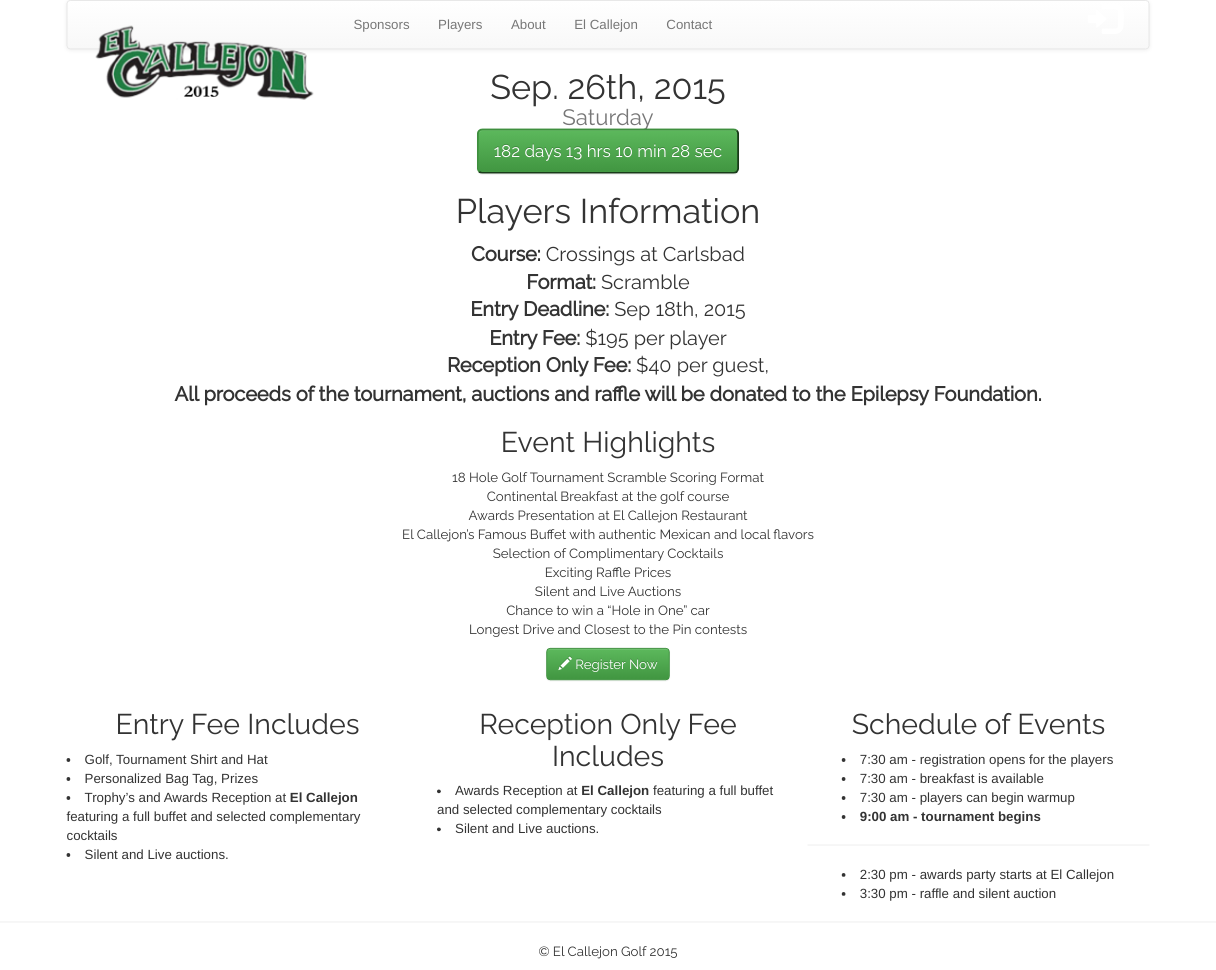
Repository: rojour/callejongolf
Page: register/templates/home/player.html
The author's editor kept a record of every edit. The page is drawn from the files as they stood at one moment, then again after the next edit.
The browser window is 1280 px wide. The pictures show the whole page, at 95% of full size.
Some web libraries are served in a nearby version. The template is drawn by Django 2.2. The application's start-up code is not run. Other server files are loaded and not shown. The template is opened directly, without the code that normally fills it, so the values that code supplies are empty.

Above is the page before.

### register/templates/home/player.html
{% extends 'home/home_base.html' %}
{% block content %}

  <div class="text-center">
    <h1>Players Information</h1>
    <p class="lead"><strong>Course:</strong> Crossings at Carlsbad<br><strong>Format:</strong> Scramble<br><strong>Entry Deadline:</strong> Sep 18th, 2015<br><strong>Entry Fee:</strong> $195 per player<br><strong>Reception Only Fee:</strong> $40 per guest,<br><strong>All proceeds of the tournament, auctions and raffle will be donated to the Epilepsy Foundation.</strong></p>
    <h2>Event Highlights</h2>
    <p>18 Hole Golf  Tournament Scramble Scoring Format<br>Continental Breakfast at the golf course<br>Awards Presentation at El Callejon Restaurant<br>El Callejon’s Famous Buffet with authentic Mexican and local flavors<br>Selection of Complimentary Cocktails<br>Exciting Raffle Prices<br>Silent and Live Auctions<br>Chance to win a “Hole in One” car<br>Longest Drive and Closest to the Pin contests</p>

    <p><a href="{% url 'register.views.player_new' %}" class="btn btn-large btn-success"><span class="glyphicon glyphicon-pencil"></span> Register Now</a></p>
  </div>
  <div class="container marketing">
    <div class="row">
      <div class="col-md-4">
        <h2 class=" text-center">Entry Fee Includes</h2>
          <li>Golf, Tournament Shirt and Hat</li>
          <li>Personalized Bag Tag, Prizes</li>
          <li>Trophy’s  and  Awards Reception at <strong>El Callejon</strong> featuring a full buffet and selected complementary cocktails</li>
          <li>Silent and Live auctions.</li>
      </div>
      <div class="col-md-4">
        <h2 class=" text-center">Reception Only Fee Includes</h2>
          <li>Awards Reception at <strong>El Callejon</strong> featuring a full buffet and selected complementary cocktails</li>
          <li>Silent and Live auctions.</li>
      </div>
      <div class="col-md-4">
        <h2 class=" text-center">Schedule of Events</h2>
			  <li style=margin-left:10% >7:30 am - registration opens for the players</li>
			  <li style=margin-left:10% >7:30 am - breakfast is available</li>
			  <li style=margin-left:10% >7:30 am - players can begin warmup</li>
			  <li style=margin-left:10% ><strong>9:00 am - tournament begins</strong></li>
			  <hr>
			  <li style=margin-left:10% >2:30 pm - awards party starts at El Callejon</li>
			  <li style=margin-left:10% >3:30 pm - raffle and silent auction</li>
      </div>
    </div>
  </div> <!-- /container -->

{% endblock %}

### register/templates/home/home_base.html
{% load staticfiles %}

<html lang="en">
  <head>
   <meta http-equiv="X-UA-Compatible" content="IE=edge,chrome=1">
   <meta charset="utf-8">
   <meta name="viewport" content="width=device-width, initial-scale=1.0">
   <meta name="description" content="">
   <meta name="author" content="">

   <title>El Callejon Golf Registration/Information Page.</title>

   <!-- Bootstrap core CSS -->
   <link rel="stylesheet" href="https://maxcdn.bootstrapcdn.com/bootstrap/3.3.4/css/bootstrap.min.css">
   <link rel="stylesheet" href="https://maxcdn.bootstrapcdn.com/bootstrap/3.3.4/css/bootstrap-theme.min.css">

   <link rel="stylesheet" href="{% static 'css/register.css' %}">
   <link href="//fonts.googleapis.com/css?family=Raleway&subset=latin,latin-ext" rel="stylesheet" type="text/css">
   <link rel="stylesheet" href="../../static/css/themes/default/default.css" type="text/css" media="screen" />
   <link rel="stylesheet" href="../../static/css/themes/light/light.css" type="text/css" media="screen" />
   <link rel="stylesheet" href="../../static/css/themes/dark/dark.css" type="text/css" media="screen" />
   <link rel="stylesheet" href="../../static/css/themes/bar/bar.css" type="text/css" media="screen" />
   <link rel="stylesheet" href="../../static/css/nivo-slider.css" type="text/css" media="screen" />


   <!-- Custom styles for this template -->

 </head>

 <body>

   {% include 'home/navbar.html' %}

   <h1 class="text-center">Sep. 26th, 2015<br><small class="text-muted">Saturday</small><br><button type="button" class="btn-lg btn-success"><span id="countdown"></span></button></h1>

   {% block content %}
   {% endblock %}

   <hr>
   <!-- Site footer -->
   <div class="footer">
      <p class="text-center">&copy; El Callejon Golf 2015</p>
   </div>

   </body>

    <!-- Bootstrap core JavaScript
    ================================================== -->
    <!-- Placed at the end of the document so the pages load faster -->
	<script src="http://code.jquery.com/jquery-1.11.0.min.js" ></script>
   <script src="https://maxcdn.bootstrapcdn.com/bootstrap/3.3.4/js/bootstrap.min.js"></script>

   <script src="../../static/js/countdown.js"></script>
	<script src="../../static/js/waypoints.js" ></script>
	<script src="../../static/js/waypoints-sticky.js" ></script>

	<script type="text/javascript" >
		$(document).ready(function() {
			$('.my-sticky-element').waypoint('sticky');
			});
	</script>

	 <script type="text/javascript" src="../../static/js/jquery.nivo.slider.js"></script>
    <script type="text/javascript">
    $(window).load(function() {
        $('#slider').nivoSlider();
    });
    </script>


</html>

### register/templates/home/navbar.html
{% load staticfiles %}


<!-- NAVBAR
================================================== -->
   <div class="navbar-wrapper">
      <div class="container">
         <div class="my-sticky-element navbar navbar-default">
            <div class="container">
               <div class="navbar-header">
                  <button type="button" class="navbar-toggle" data-toggle="collapse" data-target=".navbar-collapse">
                  <span class="icon-bar"></span>
                  <span class="icon-bar"></span>
                  <span class="icon-bar"></span>
                  </button>
                  <a class="navbar-brand" href="{% url 'home.views.index' %}"><img class="img-responsive" src="../../static/img/logos/Golf Logo 2015.png"></a>
               </div>
               <div class="navbar-collapse collapse">
                  <ul class="nav navbar-nav">
                     <li><a href="{% url 'home.views.sponsors' %}">Sponsors</a></li>
                     <li><a href="{% url 'home.views.players' %}">Players</a></li>
                     <li><a href="#">About</a></li>
                     <li><a href="http://www.el-callejon.com">El Callejon</a></li>
                     <li><a href="{% url 'home.views.contactus' %}">Contact</a></li>
			         </ul>
			         <ul style=margin-right:1% class="nav navbar-nav navbar-right">

			   {% if user.is_authenticated %}
            <a href="{% url 'home.views.management' %}" class="top-menu"><span class="glyphicon glyphicon-edit"></span></a>
            <li class="text-center"><small>Hello {{ user.username }}<br>(<a href="{% url 'django.contrib.auth.views.logout' %}">Log out</a>)</small></li>
            {% else %}
            <a href="{% url 'django.contrib.auth.views.login' %}" class="top-menu"><span class="glyphicon glyphicon-log-in"></span></a>
            {% endif %}
                  </ul>
               </div>
            </div>
         </div>
      </div>
   </div>

### static/css/register.css
.page-header {
    background-color: #227C45;
    margin-top: 0;
    padding: 20px 20px 20px 40px;
}

.page-header h1, .page-header h1 a, .page-header h1 a:visited, .page-header h1 a:active {
    color: #ffffff;
    font-size: 36pt;
    text-decoration: none;
}

.page-header p {
    color: #ffffff;
    margin-left: 90px;
}

a {
    color: black;
}

.content {
    margin-left: 80px;
}

h1, h2, h3, h4, p {
    font-family:'Raleway';
}

.date {
    float: right;
    color: #828282;
}

.save {
    float: right;
}

.player-form textarea, .player-form input {
    width: 100%;
}


.top-menu, .top-menu:hover, .top-menu:visited {
    color: #ffffff;
    float: right;
    font-size: 26pt;
    margin-right: 20px;
}

.player {
    margin-bottom: 70px;
}

.player h1 a, .player h1 a:visited {
    color: #000000;
}

### static/css/themes/default/default.css
/*
Skin Name: Nivo Slider Default Theme
Skin URI: http://nivo.dev7studios.com
Description: The default skin for the Nivo Slider.
Version: 1.3
Author: Gilbert Pellegrom
Author URI: http://dev7studios.com
Supports Thumbs: true
*/

.theme-default .nivoSlider {
	position:relative;
	background:#fff url(loading.gif) no-repeat 50% 50%;
    margin-bottom:10px;
    -webkit-box-shadow: 0px 1px 5px 0px #4a4a4a;
    -moz-box-shadow: 0px 1px 5px 0px #4a4a4a;
    box-shadow: 0px 1px 5px 0px #4a4a4a;
}
.theme-default .nivoSlider img {
	position:absolute;
	top:0px;
	left:0px;
	display:none;
}
.theme-default .nivoSlider a {
	border:0;
	display:block;
}

.theme-default .nivo-controlNav {
	text-align: center;
	padding: 20px 0;
}
.theme-default .nivo-controlNav a {
	display:inline-block;
	width:22px;
	height:22px;
	background:url(bullets.png) no-repeat;
	text-indent:-9999px;
	border:0;
	margin: 0 2px;
}
.theme-default .nivo-controlNav a.active {
	background-position:0 -22px;
}

.theme-default .nivo-directionNav a {
	display:block;
	width:30px;
	height:30px;
	background:url(arrows.png) no-repeat;
	text-indent:-9999px;
	border:0;
	opacity: 0;
	-webkit-transition: all 200ms ease-in-out;
    -moz-transition: all 200ms ease-in-out;
    -o-transition: all 200ms ease-in-out;
    transition: all 200ms ease-in-out;
}
.theme-default:hover .nivo-directionNav a { opacity: 1; }
.theme-default a.nivo-nextNav {
	background-position:-30px 0;
	right:15px;
}
.theme-default a.nivo-prevNav {
	left:15px;
}

.theme-default .nivo-caption {
    font-family: Helvetica, Arial, sans-serif;
}
.theme-default .nivo-caption a {
    color:#fff;
    border-bottom:1px dotted #fff;
}
.theme-default .nivo-caption a:hover {
    color:#fff;
}

.theme-default .nivo-controlNav.nivo-thumbs-enabled {
	width: 100%;
}
.theme-default .nivo-controlNav.nivo-thumbs-enabled a {
	width: auto;
	height: auto;
	background: none;
	margin-bottom: 5px;
}
.theme-default .nivo-controlNav.nivo-thumbs-enabled img {
	display: block;
	width: 120px;
	height: auto;
}

### static/css/themes/light/light.css
/*
Skin Name: Nivo Slider Light Theme
Skin URI: http://nivo.dev7studios.com
Description: A light skin for the Nivo Slider.
Version: 1.0
Author: Gilbert Pellegrom
Author URI: http://dev7studios.com
Supports Thumbs: true
*/

.theme-light.slider-wrapper {
    background: #fff;
    padding: 10px;
}
.theme-light .nivoSlider {
	position:relative;
	background:#fff url(loading.gif) no-repeat 50% 50%;
    margin-bottom:10px;
    overflow: visible;
}
.theme-light .nivoSlider img {
	position:absolute;
	top:0px;
	left:0px;
	display:none;
}
.theme-light .nivoSlider a {
	border:0;
	display:block;
}

.theme-light .nivo-controlNav {
	text-align: left;
	padding: 0;
	position: relative;
	z-index: 10;
}
.theme-light .nivo-controlNav a {
	display:inline-block;
	width:10px;
	height:10px;
	background:url(bullets.png) no-repeat;
	text-indent:-9999px;
	border:0;
	margin: 0 2px;
}
.theme-light .nivo-controlNav a.active {
	background-position:0 100%;
}

.theme-light .nivo-directionNav a {
	display:block;
	width:30px;
	height:30px;
	background: url(arrows.png) no-repeat;
	text-indent:-9999px;
	border:0;
	top: auto;
	bottom: -36px;
	z-index: 11;
}
.theme-light .nivo-directionNav a:hover {
    background-color: #eee;
    -webkit-border-radius: 2px;
    -moz-border-radius: 2px;
    border-radius: 2px;
}
.theme-light a.nivo-nextNav {
	background-position:160% 50%;
	right:0px;
}
.theme-light a.nivo-prevNav {
    background-position:-60% 50%;
    left: auto;
	right: 35px;
}

.theme-light .nivo-caption {
    font-family: Helvetica, Arial, sans-serif;
}
.theme-light .nivo-caption a {
    color:#fff;
    border-bottom:1px dotted #fff;
}
.theme-light .nivo-caption a:hover {
    color:#fff;
}

.theme-light .nivo-controlNav.nivo-thumbs-enabled {
	width: 80%;
}
.theme-light .nivo-controlNav.nivo-thumbs-enabled a {
	width: auto;
	height: auto;
	background: none;
	margin-bottom: 5px;
}
.theme-light .nivo-controlNav.nivo-thumbs-enabled img {
	display: block;
	width: 120px;
	height: auto;
}

### static/css/themes/dark/dark.css
/*
Skin Name: Nivo Slider Dark Theme
Skin URI: http://nivo.dev7studios.com
Description: A dark skin for the Nivo Slider.
Version: 1.0
Author: Gilbert Pellegrom
Author URI: http://dev7studios.com
Supports Thumbs: true
*/

.theme-dark.slider-wrapper {
    background: #222;
    padding: 10px;
}
.theme-dark .nivoSlider {
	position:relative;
	background:#fff url(loading.gif) no-repeat 50% 50%;
    margin-bottom:10px;
    overflow: visible;
}
.theme-dark .nivoSlider img {
	position:absolute;
	top:0px;
	left:0px;
	display:none;
}
.theme-dark .nivoSlider a {
	border:0;
	display:block;
}

.theme-dark .nivo-controlNav {
	text-align: left;
	padding: 0;
	position: relative;
	z-index: 10;
}
.theme-dark .nivo-controlNav a {
	display:inline-block;
	width:10px;
	height:10px;
	background:url(bullets.png) no-repeat 0 2px;
	text-indent:-9999px;
	border:0;
	margin: 0 2px;
}
.theme-dark .nivo-controlNav a.active {
	background-position:0 100%;
}

.theme-dark .nivo-directionNav a {
	display:block;
	width:30px;
	height:30px;
	background: url(arrows.png) no-repeat;
	text-indent:-9999px;
	border:0;
	top: auto;
	bottom: -36px;
	z-index: 11;
}
.theme-dark .nivo-directionNav a:hover {
    background-color: #333;
    -webkit-border-radius: 2px;
    -moz-border-radius: 2px;
    border-radius: 2px;
}
.theme-dark a.nivo-nextNav {
	background-position:-16px 50%;
	right:0px;
}
.theme-dark a.nivo-prevNav {
    background-position:11px 50%;
    left: auto;
	right: 35px;
}

.theme-dark .nivo-caption {
    font-family: Helvetica, Arial, sans-serif;
}
.theme-dark .nivo-caption a {
    color:#fff;
    border-bottom:1px dotted #fff;
}
.theme-dark .nivo-caption a:hover {
    color:#fff;
}

.theme-dark .nivo-controlNav.nivo-thumbs-enabled {
	width: 80%;
}
.theme-dark .nivo-controlNav.nivo-thumbs-enabled a {
	width: auto;
	height: auto;
	background: none;
	margin-bottom: 5px;
}
.theme-dark .nivo-controlNav.nivo-thumbs-enabled img {
	display: block;
	width: 120px;
	height: auto;
}

### static/css/themes/bar/bar.css
/*
Skin Name: Nivo Slider Bar Theme
Skin URI: http://nivo.dev7studios.com
Description: The bottom bar skin for the Nivo Slider.
Version: 1.0
Author: Gilbert Pellegrom
Author URI: http://dev7studios.com
Supports Thumbs: false
*/

.theme-bar.slider-wrapper {
    position: relative;
    border: 1px solid #333;
    overflow: hidden;
}
.theme-bar .nivoSlider {
	position:relative;
	background:#fff url(loading.gif) no-repeat 50% 50%;
}
.theme-bar .nivoSlider img {
	position:absolute;
	top:0px;
	left:0px;
	display:none;
}
.theme-bar .nivoSlider a {
	border:0;
	display:block;
}

.theme-bar .nivo-controlNav {
    position: absolute;
    left: 0;
    bottom: -41px;
    z-index: 10;
    width: 100%;
    height: 30px;
	text-align: center;
	padding: 5px 0;
	border-top: 1px solid #333;
	background: #333;
    background: -moz-linear-gradient(top,  #565656 0%, #333333 100%); /* FF3.6+ */
    background: -webkit-gradient(linear, left top, left bottom, color-stop(0%,#565656), color-stop(100%,#333333)); /* Chrome,Safari4+ */
    background: -webkit-linear-gradient(top,  #565656 0%,#333333 100%); /* Chrome10+,Safari5.1+ */
    background: -o-linear-gradient(top,  #565656 0%,#333333 100%); /* Opera 11.10+ */
    background: -ms-linear-gradient(top,  #565656 0%,#333333 100%); /* IE10+ */
    background: linear-gradient(to bottom,  #565656 0%,#333333 100%); /* W3C */
    filter: progid:DXImageTransform.Microsoft.gradient( startColorstr='#565656', endColorstr='#333333',GradientType=0 ); /* IE6-9 */
    opacity: 0.5;
    -webkit-transition: all 200ms ease-in-out;
    -moz-transition: all 200ms ease-in-out;
    -o-transition: all 200ms ease-in-out;
    transition: all 200ms ease-in-out;
}
.theme-bar:hover .nivo-controlNav {
    bottom: 0;
    opacity: 1;
}
.theme-bar .nivo-controlNav a {
	display:inline-block;
	width:22px;
	height:22px;
	background:url(bullets.png) no-repeat;
	text-indent:-9999px;
	border:0;
	margin: 5px 2px 0 2px;
}
.theme-bar .nivo-controlNav a.active {
	background-position:0 -22px;
}

.theme-bar .nivo-directionNav a {
	display:block;
	border:0;
	color: #fff;
	text-transform: uppercase;
	top: auto;
	bottom: 10px;
	z-index: 11;
	font-family: "Helvetica Neue", Helvetica, Arial, sans-serif;
	font-size: 13px;
	line-height: 20px;
	opacity: 0.5;
    -webkit-transition: all 200ms ease-in-out;
    -moz-transition: all 200ms ease-in-out;
    -o-transition: all 200ms ease-in-out;
    transition: all 200ms ease-in-out;
}
.theme-bar a.nivo-nextNav { right: -50px; }
.theme-bar a.nivo-prevNav { left: -50px; }
.theme-bar:hover a.nivo-nextNav {
    right: 15px;
    opacity: 1;
}
.theme-bar:hover a.nivo-prevNav {
    left: 15px;
    opacity: 1;
}
.theme-bar .nivo-directionNav a:hover { color: #ddd; }

.theme-bar .nivo-caption {
    font-family: Helvetica, Arial, sans-serif;
    -webkit-transition: all 200ms ease-in-out;
    -moz-transition: all 200ms ease-in-out;
    -o-transition: all 200ms ease-in-out;
    transition: all 200ms ease-in-out;
}
.theme-bar:hover .nivo-caption {
    bottom: 41px;
}
.theme-bar .nivo-caption a {
    color:#fff;
    border-bottom:1px dotted #fff;
}
.theme-bar .nivo-caption a:hover {
    color:#fff;
}

.theme-bar .nivo-controlNav.nivo-thumbs-enabled {
	width: 100%;
}
.theme-bar .nivo-controlNav.nivo-thumbs-enabled a {
	width: auto;
	height: auto;
	background: none;
	margin-bottom: 5px;
}
.theme-bar .nivo-controlNav.nivo-thumbs-enabled img {
	display: block;
	width: 120px;
	height: auto;
}

### static/css/nivo-slider.css
/*
 * jQuery Nivo Slider v3.2
 * http://nivo.dev7studios.com
 *
 * Copyright 2012, Dev7studios
 * Free to use and abuse under the MIT license.
 * http://www.opensource.org/licenses/mit-license.php
 */

/* The Nivo Slider styles */
.nivoSlider {
	position:relative;
	width:100%;
	height:auto;
	overflow: hidden;
}
.nivoSlider img {
	position:absolute;
	top:0px;
	left:0px;
	max-width: none;
}
.nivo-main-image {
	display: block !important;
	position: relative !important;
	width: 100% !important;
}

/* If an image is wrapped in a link */
.nivoSlider a.nivo-imageLink {
	position:absolute;
	top:0px;
	left:0px;
	width:100%;
	height:100%;
	border:0;
	padding:0;
	margin:0;
	z-index:6;
	display:none;
	background:white;
	filter:alpha(opacity=0);
	opacity:0;
}
/* The slices and boxes in the Slider */
.nivo-slice {
	display:block;
	position:absolute;
	z-index:5;
	height:100%;
	top:0;
}
.nivo-box {
	display:block;
	position:absolute;
	z-index:5;
	overflow:hidden;
}
.nivo-box img { display:block; }

/* Caption styles */
.nivo-caption {
	position:absolute;
	left:0px;
	bottom:0px;
	background:#000;
	color:#fff;
	width:100%;
	z-index:8;
	padding: 5px 10px;
	opacity: 0.8;
	overflow: hidden;
	display: none;
	-moz-opacity: 0.8;
	filter:alpha(opacity=8);
	-webkit-box-sizing: border-box; /* Safari/Chrome, other WebKit */
	-moz-box-sizing: border-box;    /* Firefox, other Gecko */
	box-sizing: border-box;         /* Opera/IE 8+ */
}
.nivo-caption p {
	padding:5px;
	margin:0;
}
.nivo-caption a {
	display:inline !important;
}
.nivo-html-caption {
    display:none;
}
/* Direction nav styles (e.g. Next & Prev) */
.nivo-directionNav a {
	position:absolute;
	top:45%;
	z-index:9;
	cursor:pointer;
}
.nivo-prevNav {
	left:0px;
}
.nivo-nextNav {
	right:0px;
}
/* Control nav styles (e.g. 1,2,3...) */
.nivo-controlNav {
	text-align:center;
	padding: 15px 0;
}
.nivo-controlNav a {
	cursor:pointer;
}
.nivo-controlNav a.active {
	font-weight:bold;
}

### static/js/countdown.js
// set the date we're counting down to
var target_date = new Date("Sep 26, 2015 9:00:00").getTime();

// variables for time units
var days, hours, minutes, seconds;

// get tag element
var countdown = document.getElementById("countdown");

// update the tag with id "countdown" every 1 second
setInterval(function () {

    // find the amount of "seconds" between now and target
    var current_date = new Date().getTime();
    var seconds_left = (target_date - current_date) / 1000;

    // do some time calculations
    days = parseInt(seconds_left / 86400);
    seconds_left = seconds_left % 86400;

    hours = parseInt(seconds_left / 3600);
    seconds_left = seconds_left % 3600;

    minutes = parseInt(seconds_left / 60);
    seconds = parseInt(seconds_left % 60);

    // format countdown string + set tag value
    countdown.innerHTML = days + " days " + hours + " hrs "
    + minutes + " min " + seconds + " sec ";

}, 1000);

Loaded but not shown: static/js/waypoints.js (common file); static/js/waypoints-sticky.js (common file); static/js/jquery.nivo.slider.js (library)

After the next edit:
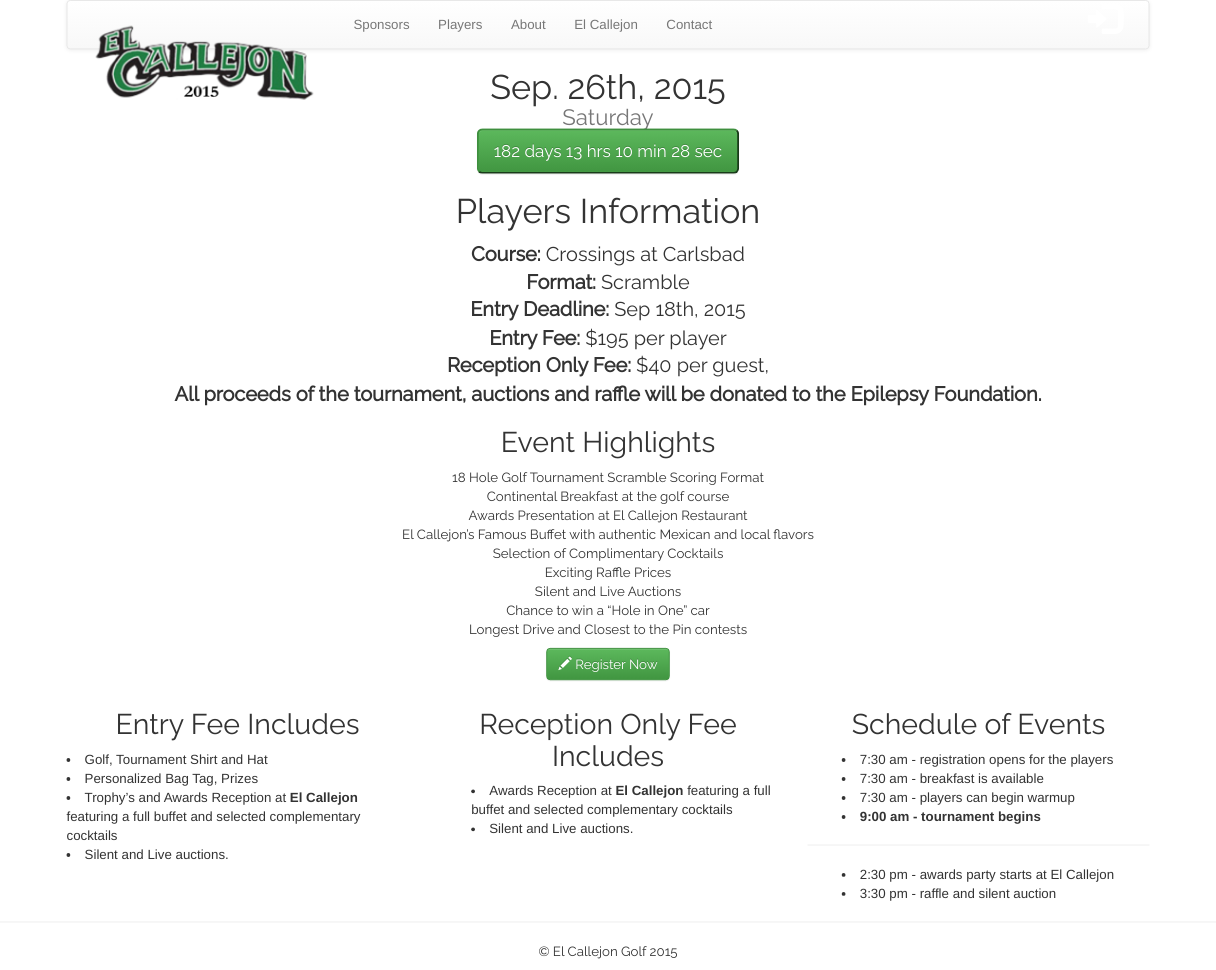
The edit:
--- a/register/templates/home/player.html
+++ b/register/templates/home/player.html
@@ -20,8 +20,8 @@
       </div>
       <div class="col-md-4">
         <h2 class=" text-center">Reception Only Fee Includes</h2>
-          <li>Awards Reception at <strong>El Callejon</strong> featuring a full buffet and selected complementary cocktails</li>
-          <li>Silent and Live auctions.</li>
+          <li style=margin-left:10% >Awards Reception at <strong>El Callejon</strong> featuring a full buffet and selected complementary cocktails</li>
+          <li style=margin-left:10% >Silent and Live auctions.</li>
       </div>
       <div class="col-md-4">
         <h2 class=" text-center">Schedule of Events</h2>
